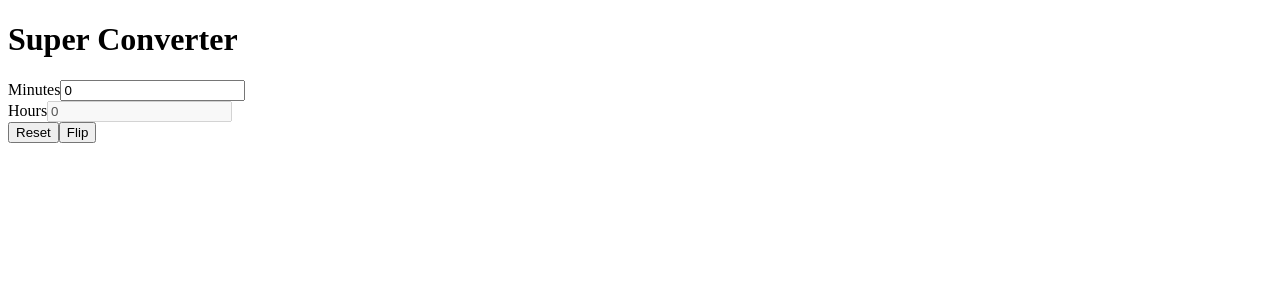
Repository: TaewookKwak/React
Page: index.html
These files come from the project's save history. The page is drawn as it stood at one moment and after the next save; the edit follows.
The browser window is 1280 px wide. The pictures show the whole page.

Above is the page before, as saved 2021-12-14 22:47:24.

After the next save:
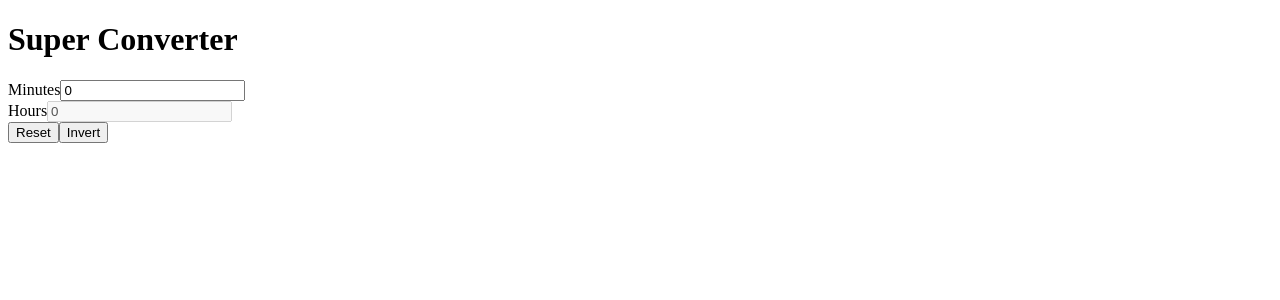
Saved 11 h 26 min later.
--- a/index.html
+++ b/index.html
@@ -40,7 +40,7 @@
           />
           <br />
           <button onClick={resetMinute}>Reset</button>
-          <button onClick={onFlip}>Flip</button>
+          <button onClick={onFlip}>{flipped ? "Invert" : "Turn back"}</button>
         </div>
       );
     }
